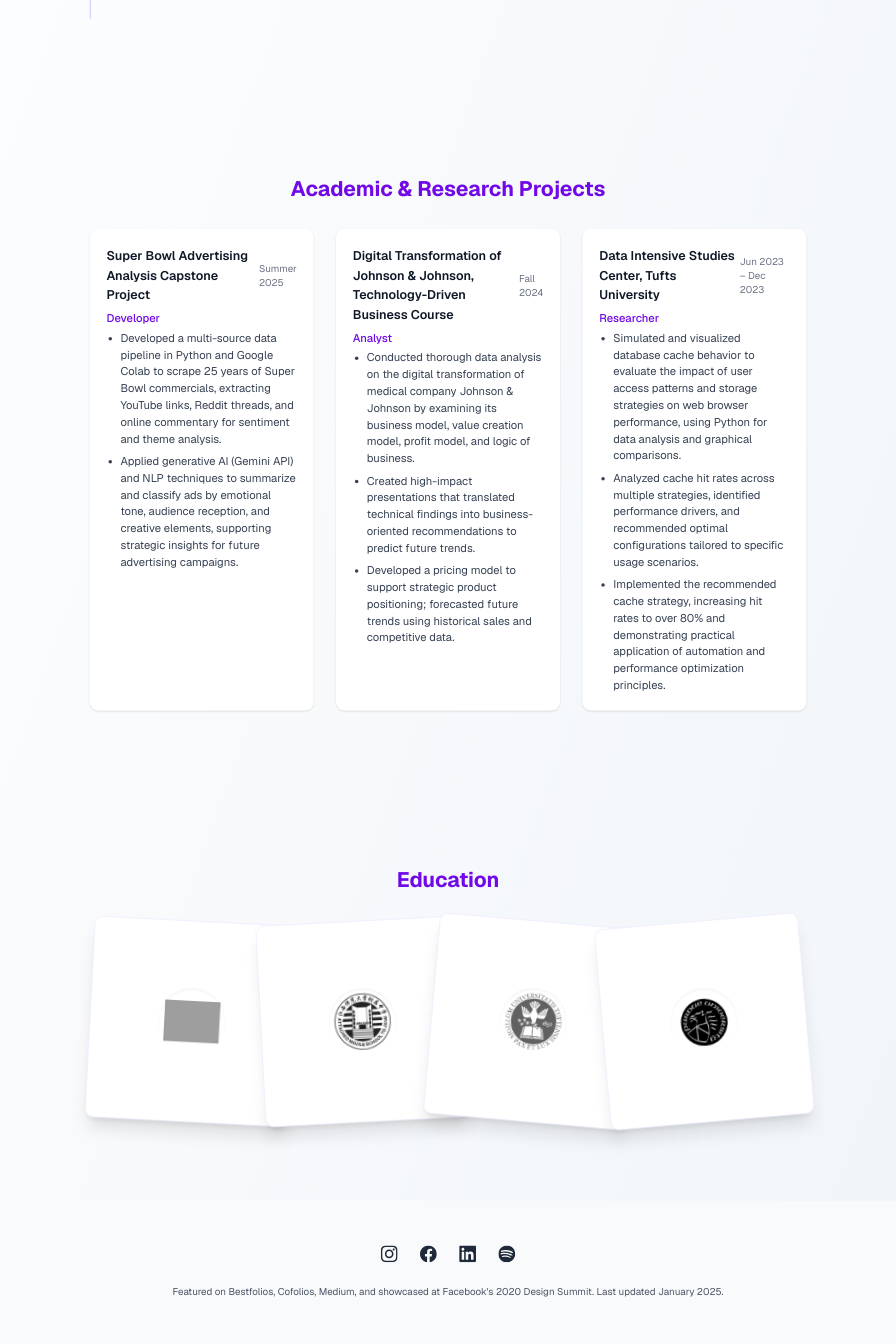
Repository: winniewyl/personal-portfolio
Page: /
An editor plug-in stored every save of this project. The page is shown before and after the next save, followed by the edit.
The browser window is 1280 px wide. The pictures show the part of the page from y = 1685 to 3605 px (the page is 3605 px tall), at 70% of full size.
Pictures or frames that could not be fetched are drawn as grey boxes. The project was rebuilt for these pictures with package versions that can differ from the ones it lists, and the page was loaded fresh each time. The framework's server and built-in components were replaced by stand-ins that run in the browser. Also part of the build but not shown: next.config.ts.

Above is the page before, as saved 2025-07-29 14:01:51.

After the next save:
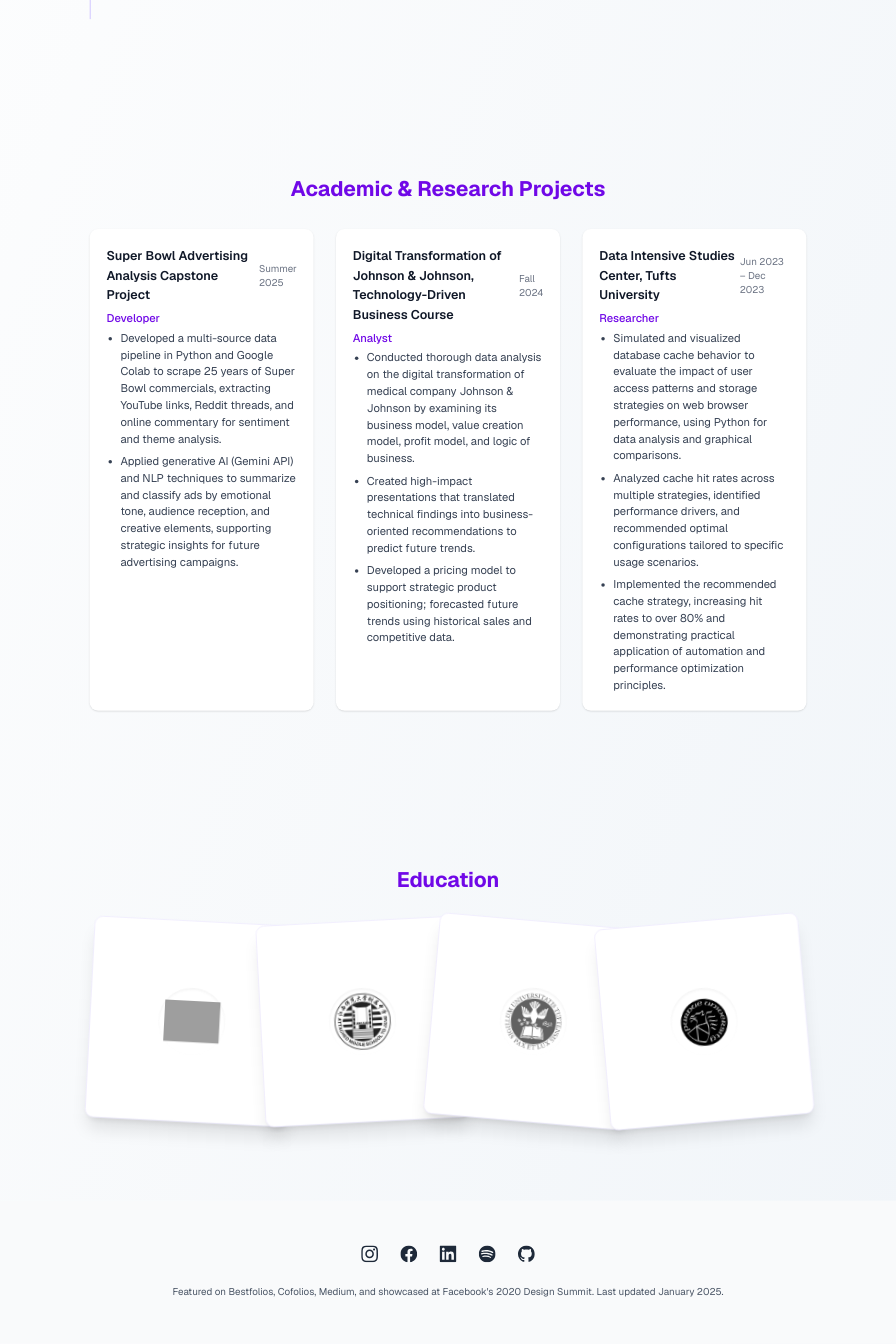
Saved 108 s later.
--- a/src/app/page.tsx
+++ b/src/app/page.tsx
@@ -384,6 +384,16 @@ export default function Home() {
                 <path d="M12 0C5.4 0 0 5.4 0 12s5.4 12 12 12 12-5.4 12-12S18.66 0 12 0zm5.521 17.34c-.24.359-.66.48-1.021.24-2.82-1.74-6.36-2.101-10.561-1.141-.418.122-.779-.179-.899-.539-.12-.421.18-.78.54-.9 4.56-1.021 8.52-.6 11.64 1.32.42.18.479.659.301 1.02zm1.44-3.3c-.301.42-.841.6-1.262.3-3.659-2.24-9.239-2.759-13.561-1.5-.479.12-1.02-.12-1.14-.6-.12-.48.12-1.021.6-1.141C9.6 9.9 15.6 10.561 19.8 13.2c.361.181.54.78.361 1.26zm.12-3.48C15.24 8.4 8.82 8.16 5.16 9.301c-.6.179-1.2-.181-1.38-.721-.18-.601.18-1.2.72-1.381 4.26-1.26 11.28-1.02 15.721 1.621.539.3.719 1.02.419 1.56-.299.421-1.02.599-1.559.3z" />
               </svg>
             </a>
+            <a
+              href="https://github.com/winniewyl/"
+              target="_blank"
+              rel="noopener noreferrer"
+              className="text-gray-800 dark:text-gray-200 hover:text-gray-900 transition-colors"
+            >
+              <svg className="w-6 h-6" fill="currentColor" viewBox="0 0 24 24">
+                <path d="M12 0c-6.626 0-12 5.373-12 12 0 5.302 3.438 9.8 8.207 11.387.599.111.793-.261.793-.577v-2.234c-3.338.726-4.033-1.416-4.033-1.416-.546-1.387-1.333-1.756-1.333-1.756-1.089-.745.083-.729.083-.729 1.205.084 1.839 1.237 1.839 1.237 1.07 1.834 2.807 1.304 3.492.997.107-.775.418-1.305.762-1.604-2.665-.305-5.467-1.334-5.467-5.931 0-1.311.469-2.381 1.236-3.221-.124-.303-.535-1.524.117-3.176 0 0 1.008-.322 3.301 1.23.957-.266 1.983-.399 3.003-.404 1.02.005 2.047.138 3.006.404 2.291-1.552 3.297-1.23 3.297-1.23.653 1.653.242 2.874.118 3.176.77.84 1.235 1.911 1.235 3.221 0 4.609-2.807 5.624-5.479 5.921.43.372.823 1.102.823 2.222v3.293c0 .319.192.694.801.576 4.765-1.589 8.199-6.086 8.199-11.386 0-6.627-5.373-12-12-12z" />
+              </svg>
+            </a>
           </div>
 
           {/* Acknowledgment Text */}
